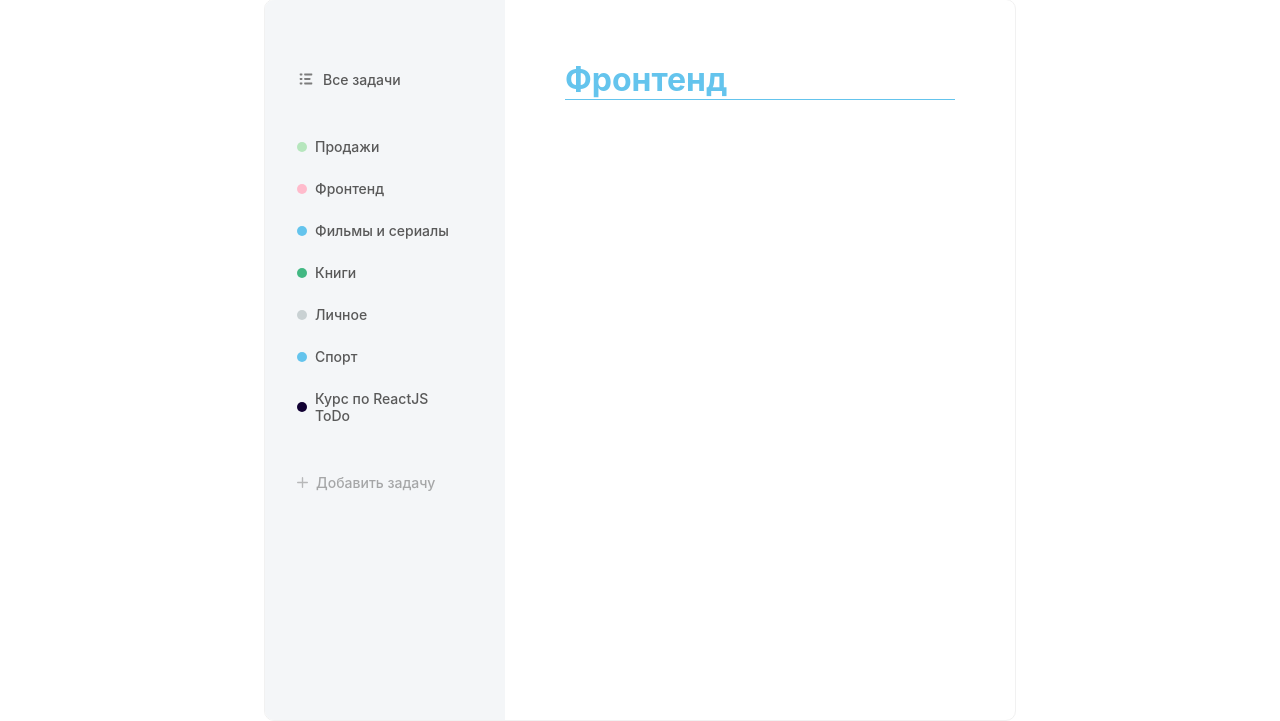
Repository: AzimAzimov/Todo
Page: /
The author's editor kept a copy of each file at every save. The page is drawn from the files as they stood at one save, then again after a run of saves.
The browser window is 1280 px wide. The pictures show the whole page.
The project was rebuilt for these pictures with package versions that can differ from the ones it lists, and the page was loaded fresh each time. Also part of the build but not shown: src/components/addButtonList/AddListButton.scss.

Above is the page before, as saved 2023-03-01 15:38:46.

After the next 3 saves:
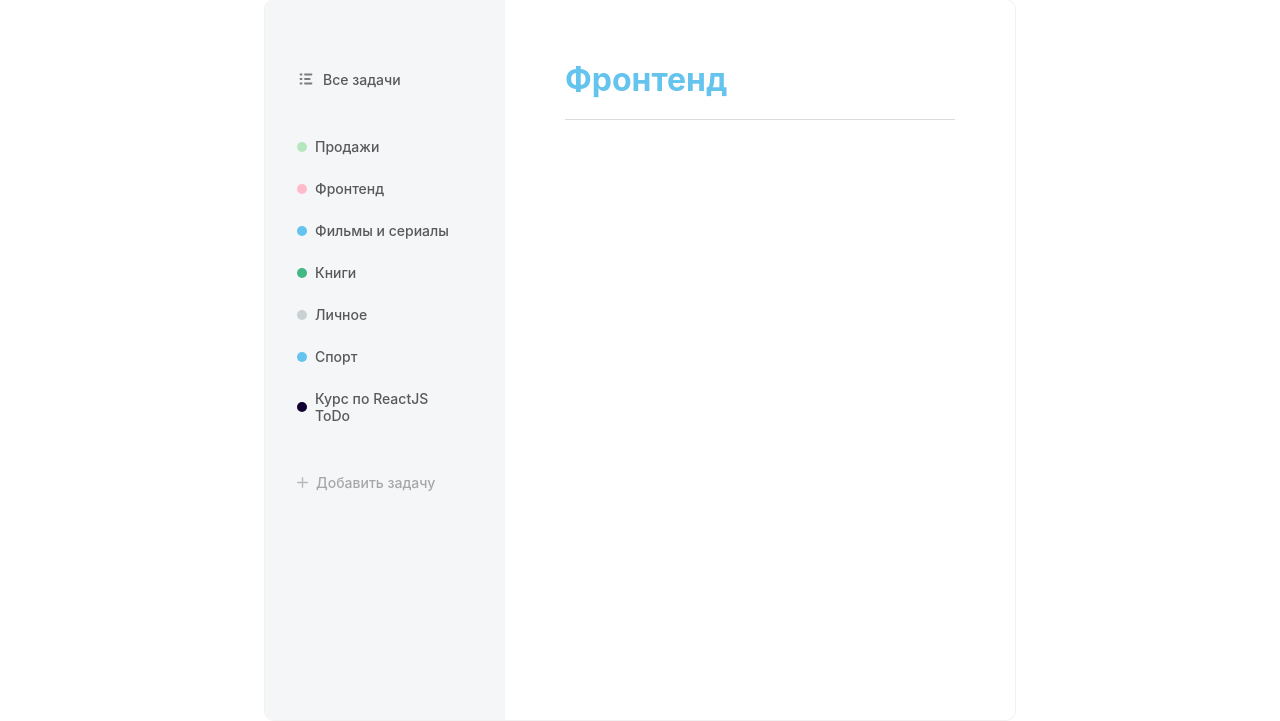
The 3 saves are shown as one change because they came seconds apart.
The last was saved 11 s later.
--- a/src/scss/index.scss
+++ b/src/scss/index.scss
@@ -39,7 +39,8 @@ body {
       font-size: 32px;
       line-height: 39px;
       color: #64C4ED;
-      border-bottom: 1px solid #64C4ED;
+      padding-bottom: 20px;
+      border-bottom: 1px solid #dcdcdc;
     }
   }
 
